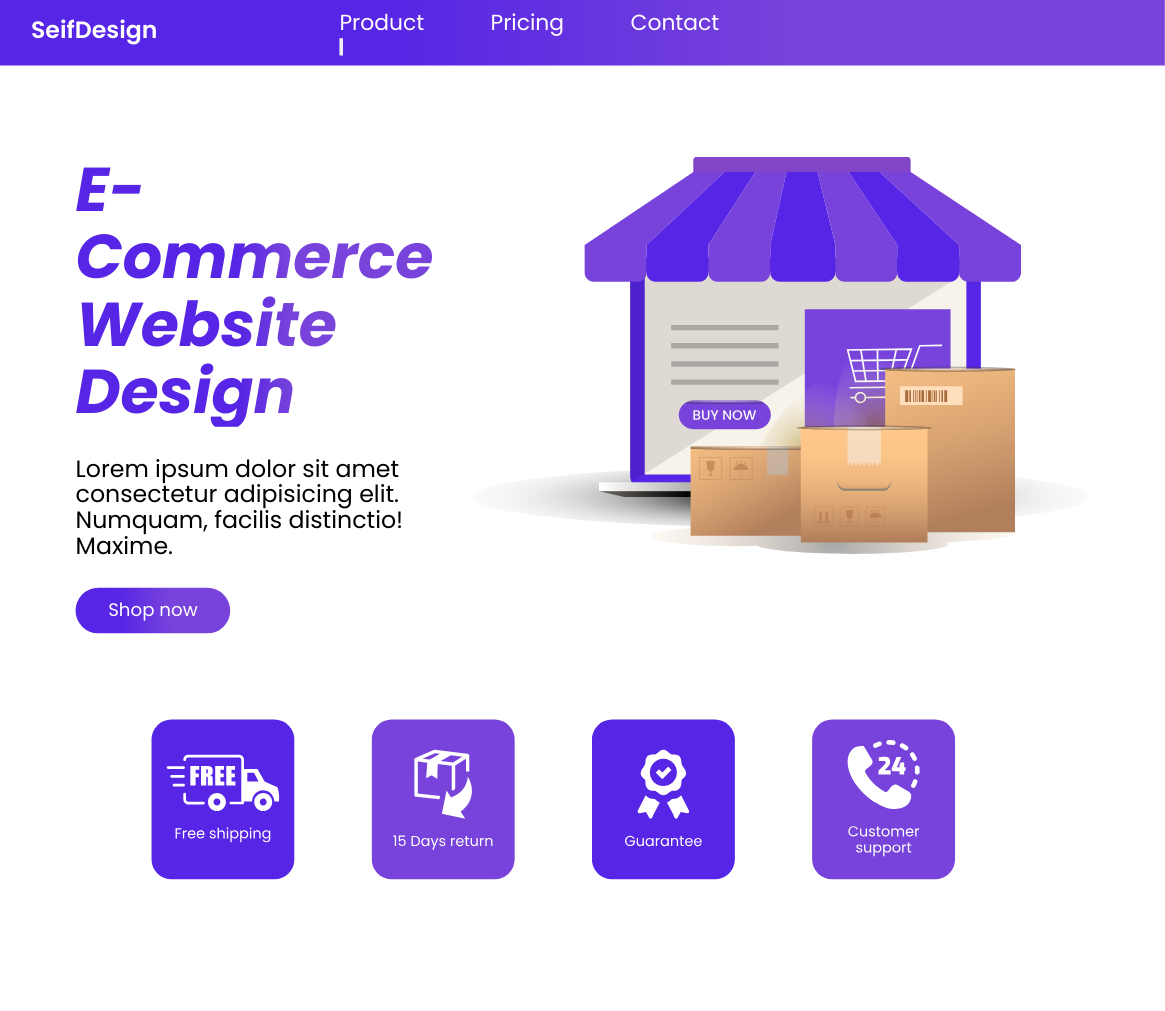
Repository: NatiqSamiyev/commers-desing-JS
Page: index.html
These files come from the project's save history. The page is drawn as it stood at one moment and after a run of saves; the edit follows.
The browser window is 1280 px wide. The pictures show the whole page, at 91% of full size.
Some web fonts or font styles are not loaded; a fallback is used.

Above is the page before, as saved 2023-11-06 11:55:46.

After the next 2 saves:
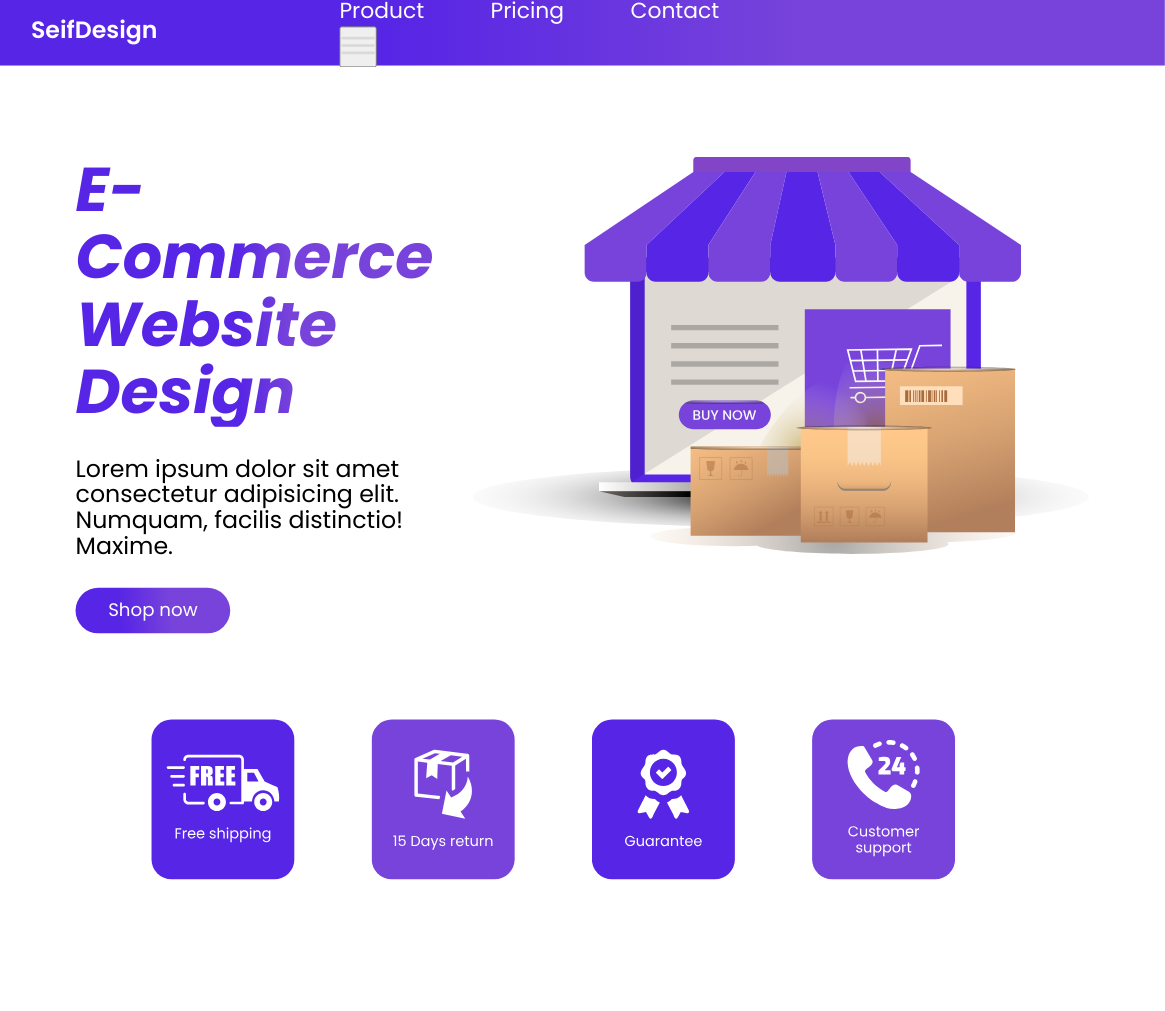
The 2 saves are shown as one change because they came seconds apart.
The last was saved 32 s later.
--- a/index.html
+++ b/index.html
@@ -24,7 +24,7 @@
             </li>
           </ul>
           <button>
-            <img src="" alt="">
+            <img src="./image/Frame 1.svg" alt="">
           </button>
         </nav>
 
